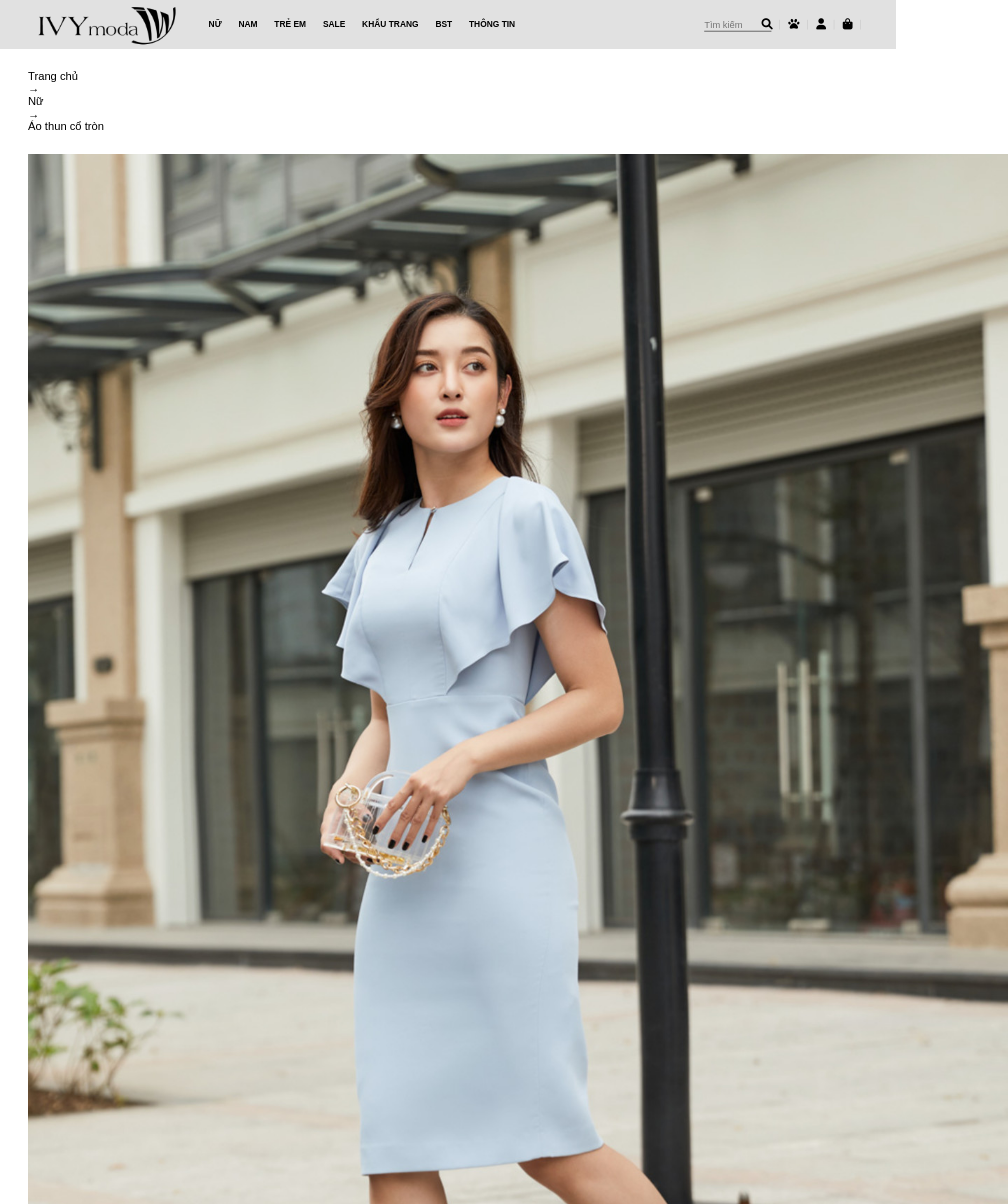
Repository: dinhvanbinh2310/ivy-moda
Page: product.html
An editor plug-in stored every save of this project. The page is shown before and after the next save, followed by the edit.
The browser window is 1280 px wide. The page is 1440 px wide, so the pictures cover 1440 px, including what lies to the right of the window. The pictures show the part of the page from y = 0 to 1720 px (the page is 11485 px tall before and 11473 px after), at 70% of full size.

Above is the page before, as saved 2022-05-06 01:14:33.

### product.html
<!DOCTYPE html>
<html lang="en">
<head>
    <meta charset="UTF-8">
    <meta http-equiv="X-UA-Compatible" content="IE=edge">
    <meta name="viewport" content="width=device-width, initial-scale=1.0">
    <link rel="stylesheet" href="./fontawesome-free-6.1.1-web/css/all.css">
    <link rel="stylesheet" href="./css/style.css">
    <title>IVY moda</title>
</head>
<body>

<header>
    <div class="logo">
        <img src="./Images/logo.png" alt="logo" class="logo">
    </div>
    <div class="menu">
        <li><a href="">NỮ</a>
            <ul class="sub-menu">
                <li> <a href="">Hàng mới về</a>
                </li>
                <li> <a href="">Collection</a>
                </li>
                <li> <a href=""> Áo</a>
                    <ul>
                        <li> <a href="">Áo sơ mi</a>
                        </li>
                        <li> <a href="">Áo thun</a>
                        </li>
                        <li> <a href="">Áo khoác</a>
                        </li>
                        <li> <a href="">Áo len</a>
                        </li>
                    </ul>
                </li>
                <li> <a href="">Quần</a>
                    <ul>
                        <li> <a href="">Quần jean</a>
                        </li>
                        <li> <a href="">Quần lửng</a>
                        </li>
                        <li> <a href="">Quần dài</a>
                        </li>

                    </ul>
                </li>
            </ul>
        </li>
        <li><a href="">NAM</a>
        </li>
        <li><a href="">TRẺ EM</a>
        </li>
        <li><a href="">SALE</a>
        </li>
        <li><a href="">KHẨU TRANG</a>
        </li>
        <li><a href="">BST</a>
        </li>
        <li><a href="">THÔNG TIN</a>
        </li>
    </div>
    <div class="others">
        <li>
            <input placeholder="Tìm kiếm" type="text"> <i class="fa-solid fa-magnifying-glass"></i>
        </li>
        <li>
            <a class="fa-solid fa-paw" href=""></a>
        </li>
        <li>
            <a class="fa-solid fa-user" href=""></a>
        </li>
        <li>
            <a class="fa-solid fa-bag-shopping" href=""></a>
        </li>
    </div>
</header>
<!------------------------------Product--------------------------------->
<section class="product">
    <div class="container">
        <div class="product-top">
            <p>Trang chủ</p> <span>&#8594;</span> <p>Nữ</p> <span>&#8594;</span> <p>Áo thun cổ tròn</p>
        </div>
        <div class="product-content">
            <div class="product-content-left">
                <div class="product-content-left-big-img">
                    <img src="./Images/product1.1.jpg" alt="">
                </div>
                <div class="product-content-left-small-img">
                    <img src="./Images/product1.2.jpg" alt="">
                    <img src="./Images/product1.3.jpg" alt="">
                    <img src="./Images/product1.4.jpg" alt="">
                    <img src="./Images/product1.5.jpg" alt="">
                </div>
            </div>
            <div class="product-content-right">

            </div>
        </div>
    </div>
</section>
<!------------------------------Footer---------------------------------->
<section class="app-container">
    <p>Tải ứng dụng IVY moda</p>
    <div class="app-google">
        <img src="./Images/appstore.png" alt="">
        <img src="./Images/googleplay.png" alt="">
    </div>
    <p>Nhận bản tin IVY moda</p>
    <input type="text" placeholder="Nhập email của bạn.....">
  </section>

  <div class="footer-top">
    <li>
        <a href=""> <img src="./Images/img-congthuong.png" alt="">
        </a>
    </li>
    <li>Liên hệ</li>
    <li>Tuyển dụng</li>
    <li>Giới thiệu</li>
    <li>
        <a href="" class="fa-brands fa-facebook"></a>
        <a href="" class="fa-brands fa-twitter"></a>
        <a href="" class="fa-brands fa-youtube"></a>
    </li>
  </div>
  <div class="footer-center">

    <p>
        Công ty Có phần Dự Kim với số đăng ký kinh doanh: 0105777650
        <br> Địa chỉ đăng ký: Tổ dân pho Tháp, P.Đại Mỗ, Q.Nam Từ Liêm, TP.Hà Nội, Việt Nam - 0243 205 2222
        <br> Đặt hàng online :
        <br>0246 662 3434
        <br>
    </p>
  </div>
  <div class="footer-bottom">
    ©IVYmoda All rights reserved
  </div>
  </body>
  <script src="./js/script.js">
  </script>
    </html>

### css/style.css
*{
  margin: 0;
  padding: 0;
  box-sizing: border-box;
  font-family: Arial, Helvetica, sans-serif;
}
li{
  list-style: none;
}
a{
  text-decoration: none;
  color: #000;
}
header{
  display: flex;
  justify-content: space-between;
  height: 70px;
  padding: 12px 50px;
  align-items: center;
  position: fixed;
  top: 0;
  left: 0;
  z-index: 1;
  background:#DDDDDDDD;
  width: 100%;
}

.logo{
  flex: 1;
  padding-top: 10px;
 size: 5px;
}
.menu{
  flex: 3;
  display: flex;
}
.menu > li{
  padding: 0 12px;
  position: relative;
}
.menu  li a{
  font-size: 12px;
  font-weight: bold;
  display: block;
  line-height: 20px;
}
.menu > li:hover .sub-menu{
  visibility: visible;
  top: 45px;
}
.sub-menu{
  position: absolute;
  width: 150px;
  border: 1px solid #ccc;
  padding: 10px 0 10px 20px;
  visibility: hidden;
  top: 75px;
  transition: 0.3s;
  z-index: 1;
  background-color: #fff;
}
.sub-menu ul{
  padding-left: 20px;
}
.sub-menu li a{
  font-size: 12px;
  font-weight: normal;
}

.others{
  flex: 1;
  display: flex;
}
.others > li{
  padding: 0 12px;
  position: relative;
}
.others>li::after{
  content: "";
  display: block;
  width: 1px;
  height: 75%;
  background: #cccccc;
  position: absolute;
  right: 0;
  top: 50%;
  transform: translateY(-50%);
}
.others > li:first-child{
  position: relative;

}
.others > li:first-child input{
  width: 100%;
  height: 100%;
  background: #0000;
  border: none;
  border-bottom:1px solid #333 ;
}
.others > li:first-child i{
position: absolute;
right: 10px;
}
.sliders{
  overflow: hidden;
}
.aspect-ratio-169 {
  display: block;
  position: relative;
  padding-top: 56.25%;
  transition: 0.3s;
}
.aspect-ratio-169 img {
  display: block;
  position: absolute;
  width: 100%;
  height: 100%;
  top: 0;
  left: 0;
}
.dot-container{
  position:absolute;
  height: 30px;
  width: 100%;
  display: flex;
  justify-content: center;
  padding-top: 10px;
}
.dot{
  height: 16px;
  width: 16px;
  background-color: #ccc;
  border-radius: 50%;
  margin-right: 12px;
  cursor: pointer;
}
.dot.active{
  background-color: #333;
}
/* -------------------------------app---------------------------- */
.app-container{
  text-align: center;
  align-items: center;
  padding: 15px 0 50px 0;
}
.app-google{
  margin:50px;
}
.app-google img{
  height: 50px;
  cursor: pointer;
}
.app-container p{
line-height: 20px;
letter-spacing: 1px;
font-size: 17px;
color:#000;
font-weight: bold;
padding-top: 40px;
}
.app-container input{
  margin-top: 50px;
  border: none;
  border-bottom: 1px solid #000;
  padding-bottom: 20px;
  width: 400px;
  text-align: center;
  outline: none;
}
.footer{
  text-align: center;
}
.footer-top{
  display: flex;
  text-align: center;
  justify-content: center;
  align-items: center;
  margin-bottom: 20px;
  height: 70px;
}
.footer-top img{
  height: 50px;
}
.footer-top li{
  padding: 0 12px;
  position: relative;
}
.footer-top li::after{
  content:"";
  display: block;
  width: 1px;
  height: 80%;
  background-color: #cccccc;
  position: absolute;
  right: 0;
  top: 50%;
  transform: translateY(-50%);
}
.footer-top li:last-child::after{
  display: none;
}
.footer-top li:last-child a{
margin-right: 12px;
color:#333;
}
.footer-center{
  text-align: center;
}
.footer-bottom{
  margin: 20px 0;
  text-align: center;
}
/* Cartegory */
.cartegory{
  padding: 100px 0 0;
}
.container{
  max-width: 1200px;
  margin: auto;
}
.row{
  display: flex;
  flex-wrap: wrap;
}
.cartegory-top{
  margin-bottom: 50px;
}
.cartegory-top p{
  font-family: Arial, Helvetica, sans-serif;
margin: 0 12px;
font-size: 12px;
}
.cartegory-left{
  width: 20%;
}
.cartegory-right{
  width: 80%;
}
.cartegory-right-top-item:first-child{
  flex: 2;
font-size: 16px;
font-family: Arial, Helvetica, sans-serif;
font-weight: bold;
}
.cartegory-right-top-item{
  flex: 1;
  padding: 0 12px;
}
.cartegory-right-top-item button{
  width: 100%;
  padding: 10px 15px;
  display: flex;
  justify-content: space-between;
  background-color: #ffff;
  border: 1px solid #dddd;
  cursor: pointer;
}
.cartegory-right-top-item select{
  width: 100%;
  padding: 10px 15px;
  display: flex;
  justify-content: space-between;
  background-color: #ffff;
  border: 1px solid #dddd;
  cursor: pointer;
}
.cartegory-right-content{
  margin-top: 20px;
  justify-content: space-between;
}
.cartegory-right-content-item{
  width: calc(25% - 12px);
  text-align: center;
  padding: 12px 0;
}
.cartegory-right-content-item h1{
  font-size: 11px;
font-family: Arial, Helvetica, sans-serif;
  margin-top: 6px;
  color: #333333;
}
.cartegory-right-content-item img{
  width: 100%;
}
.cartegory-right-content-item p{
  font-size: 12px;
}
.cartegory-right-bottom{
  justify-content: space-between;
  margin: 30px 0 20px;
  width: 100%;
}
.cartegory-right-bottom p{
  font-family: Arial, Helvetica, sans-serif;
font-size: 11px;
}
.cartegory-left ul li{
  padding: 12px 0;
}
.cartegory-left ul li >a{
  color: black;
  font-size: 16px;
  font-weight: bold;
  font-family: Arial, Helvetica, sans-serif;
}
.cartegory-left ul li ul li{
  padding-left: 10px;
}
.cartegory-left-li ul{
  display: none;
}
.cartegory-left-li.block ul{
  display: block;
}
.cartegory-left ul li ul li a{
  color: #333333;
}
/* -----------------Product------------------ */
.product{
  padding: 100px 0;

}
.product-top{
  margin-bottom: 30px;
}

### js/script.js
/* ---------------------------Menu-SLIDEBAR-CARTEGORY-----------------------*/
const itemssliderbar= document.querySelectorAll(".cartegory-left-li")
itemssliderbar.forEach(function(menu,index){
  menu.addEventListener("click",function(){
    menu.classList.toggle("block")
  })
})

Loaded but not shown: fontawesome-free-6.1.1-web/css/all.css (library)

After the next save:
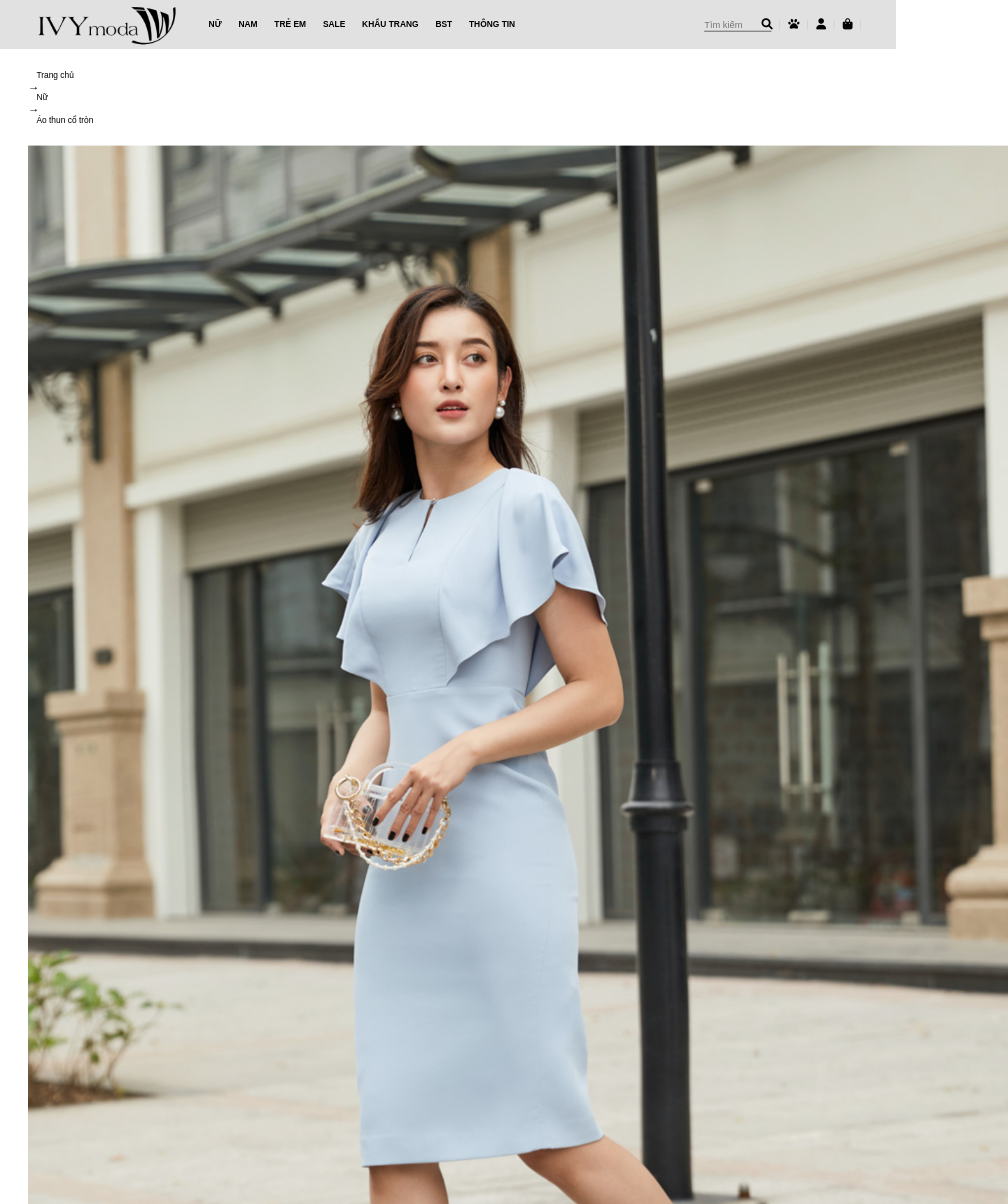
Saved 42 s later.
--- a/css/style.css
+++ b/css/style.css
@@ -323,3 +323,8 @@
 .product-top{
   margin-bottom: 30px;
 }
+.product-top p{
+  font-family: Arial, Helvetica, sans-serif;
+  margin: 0 12px;
+  font-size: 12px;
+}
